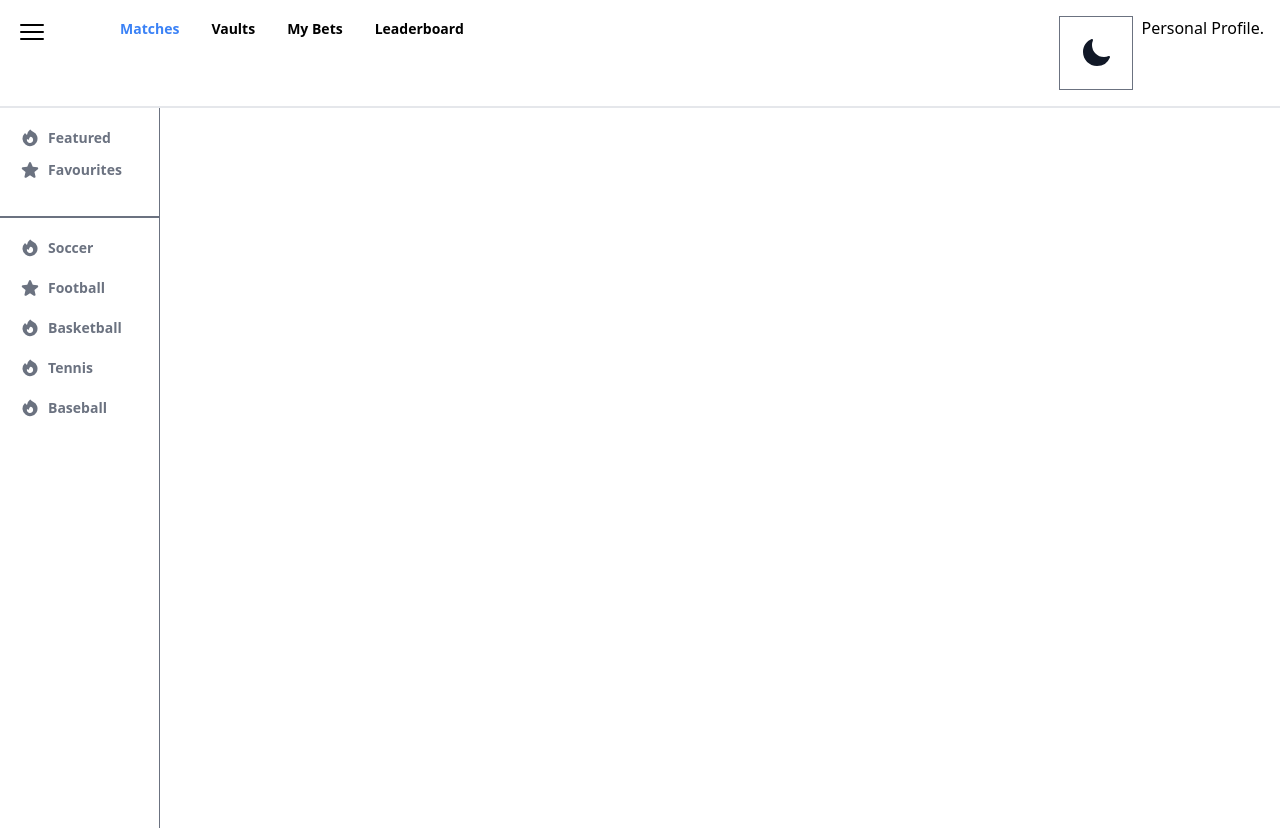
Repository: thekingisherenow/Betterbook
Page: /
These files come from the project's save history. The page is drawn as it stood at one moment and after the next save; the edit follows.
The browser window is 1280 px wide. The pictures show the whole page.
The project was rebuilt for these pictures with package versions that can differ from the ones it lists, and the page was loaded fresh each time. The framework's server and built-in components were replaced by stand-ins that run in the browser. Also part of the build but not shown: next.config.js.

Above is the page before, as saved 2023-01-17 00:43:15.

### src/pages/_app.tsx
import type { AppProps } from 'next/app'
import { Provider } from 'react-redux'
import store from '../core/store'
import '../core/styles/root.css'
import { ThemeProvider } from 'next-themes'

const App = (props: AppProps) => {
  const { Component, pageProps } = props
  return (
    <ThemeProvider enableSystem={true}  attribute="class">
    <Provider store={store}>
      <Component {...pageProps} />
    </Provider>
    </ThemeProvider>
  )
}

export default App

### src/pages/index.tsx
import type { NextPage } from 'next'
import { useEffect, useState } from 'react'
import API from '../core/services'
import { Game } from '../types/game'
import Sidebar from '../components/Typography/Sidebar'
import Header from '../components/Typography/Header'

const IndexPage: NextPage = () => {
  const [games, setGames] = useState<Game[]>([])

  useEffect(() => {
    API.games.fetchGames().then(setGames)
  }, [])

  return <div>
        <main className=''>

          {/* Header  */}
          <Header />
            {/* Sidebar */}
            <Sidebar/>
            {/* Center  */}

        </main>
  </div>
}

export default IndexPage

### src/core/store/index.ts
import { configureStore } from '@reduxjs/toolkit'
import { counterReducer } from './slices/counterSlice'

const store = configureStore({
  reducer: {
    counter: counterReducer,
  },
})

export default store

### src/core/services/index.ts
import * as gamesServices from './games'

const API = {
  games: gamesServices,
}

export default API

### src/components/Typography/Sidebar.tsx
import React from 'react'
import { FireIcon, StarIcon } from '@heroicons/react/24/solid'

function Sidebar() {
    return (
        <div className='text-gray-500 text-sm border-r h-screen w-40 border-gray-500'>
            <div>
                <div className='flex flex-col  p-5 space-y-3 font-semibold mb-4'>
                    <button className='flex items-center space-x-2 hover:text-blue-600'>
                        <FireIcon className='w-5 h-5' />
                        <p>Featured</p>
                    </button>
                    <button className='flex items-center space-x-2 hover:text-blue-600'>
                        <StarIcon className='w-5 h-5' />
                        <p>Favourites</p>
                    </button>
                </div>
                    <hr className='border-t-2 border-gray-500' />

                <div className='flex flex-col space-y-5  p-5 font-semibold mb-4'>
                    <button className='flex items-center space-x-2 hover:text-blue-600'>
                        <FireIcon className='w-5 h-5' />
                        <p>Soccer</p>
                    </button>
                    <button className='flex items-center space-x-2 hover:text-blue-600'>
                        <StarIcon className='w-5 h-5' />
                        <p>Football</p>
                    </button>
                    <button className='flex items-center space-x-2 hover:text-blue-600'>
                        <FireIcon className='w-5 h-5' />
                        <p>Basketball</p>
                    </button>
                    <button className='flex items-center space-x-2 hover:text-blue-600'>
                        <FireIcon className='w-5 h-5' />
                        <p>Tennis</p>
                    </button>
                    <button className='flex items-center space-x-2 hover:text-blue-600'>
                        <FireIcon className='w-5 h-5' />
                        <p>Baseball</p>
                    </button>
                </div>
            </div>
        </div>
    )
}

export default Sidebar

### src/components/Typography/Header.tsx
import { Bars3Icon } from '@heroicons/react/24/solid'
import React from 'react'
import NavLinks from './NavLinks'
import DarkModeButton from './DarkModeButton'

function Header() {
  return (
    <header >
      <div className='p-4 flex text-center   border-b-2 '>

        <Bars3Icon className='h-8 w-8  cursor-pointer'/>
        <div className='ml-10'>

          {/* Nav Links */}
          <div className='ml-4 items-center'>

        <NavLinks  />
          </div>

        </div>
        <div className='flex space-x-2 justify-end ml-auto '>
          {/* DARK MODE BUTTON  */}
          <div className='border border-gray-500 p-5'>
          <DarkModeButton   />
          </div>
            <div>
             Personal Profile.
              </div>
        </div>
      </div>
    </header>
  )
}

export default Header

### src/core/store/slices/counterSlice.ts
import { createSlice } from '@reduxjs/toolkit'

export const counterSlice = createSlice({
  name: 'counter',
  initialState: {
    count: 0,
  },
  reducers: {
    setCount(state, { payload }) {
      state.count = payload
    },
  },
})

export const counterReducer = counterSlice.reducer

### src/core/services/games.ts
import { Game } from '../../types/game'

export const fetchGames = (): Promise<Game[]> => {
  return Promise.resolve([
    {
      id: '1',
      name: 'Spain vs Argentina',
    },
  ])
}

### src/components/Typography/NavLinks.tsx
import React, { useEffect } from 'react'
import { categories } from './constants'
import NavLink from './NavLink'
import { useRouter } from 'next/router'

function NavLinks() {
  const router = useRouter();

  //const isActive is true if the pathname in the url matches the  navlink's path.
  const isActive = (path:string)=>{
    return router.pathname===path
  }

  return (
    <nav>
      {categories.map((category)=>(
        <NavLink key={category.label} category={category.label} path={category.path} isActive={isActive(category.path)} />
      ))}
    </nav>
  )
}

export default NavLinks

### src/components/Typography/DarkModeButton.tsx
import React, { useEffect, useState } from 'react'
import { useTheme } from 'next-themes'
import { MoonIcon, SunIcon } from '@heroicons/react/24/solid'

function DarkModeButton() {
    const [mounted, setMounted] = useState(false)
    const {systemTheme,theme,setTheme} = useTheme()
    useEffect(() => {
        setMounted(true)
      }, [])

      if (!mounted) {
        return null
      }

    const currentTheme = theme==="system"? systemTheme : theme;

  return (
    <div>
    {currentTheme==='dark'?
        <SunIcon
        onClick={()=>setTheme("light")}
        className='h-8 w-8 cursor-pointer text-yellow-500'
         />
        :
        <MoonIcon
        onClick={()=>setTheme("dark")}
        className='h-8 w-8 cursor-pointer text-gray-900'
        />

}
    </div>
  )
}

export default DarkModeButton

### src/components/Typography/constants.ts
import { Category } from "../../types/category"

export const categories : Category[] =[
    {label:"Matches",path:"/"},
    {label:"Vaults",path:"/vaults"},
    {label:"My Bets",path:"/mybets"},
    {label:"Leaderboard",path:"/leaderboard"},
]

### src/components/Typography/NavLink.tsx
import Link from 'next/link';
import React from 'react'


type Props = {
    category: string;
    path:string;
    isActive: boolean;

}

function NavLink({category,path,isActive}:Props) {
  return (
    <Link href={`${path}`}
        className={`cursor-pointer p-4 text-sm  font-semibold
         ${isActive && 'text-blue-500 hover:text-blue-600 font-bold '}`}
    >
      {category}
    </Link>
  )
}

export default NavLink

### tailwind.config.js
/** @type {import('tailwindcss').Config} */
module.exports = {
  content: [
    './src/pages/**/*.{js,ts,jsx,tsx}',
    './src/components/**/*.{js,ts,jsx,tsx}',
    './src/modules/**/*.{js,ts,jsx,tsx}',
  ],
  darkMode: 'class',
  theme: {
    extend: {},
  },
  plugins: [],
}

Loaded but not shown: src/core/styles/root.css (common file)

After the next save:
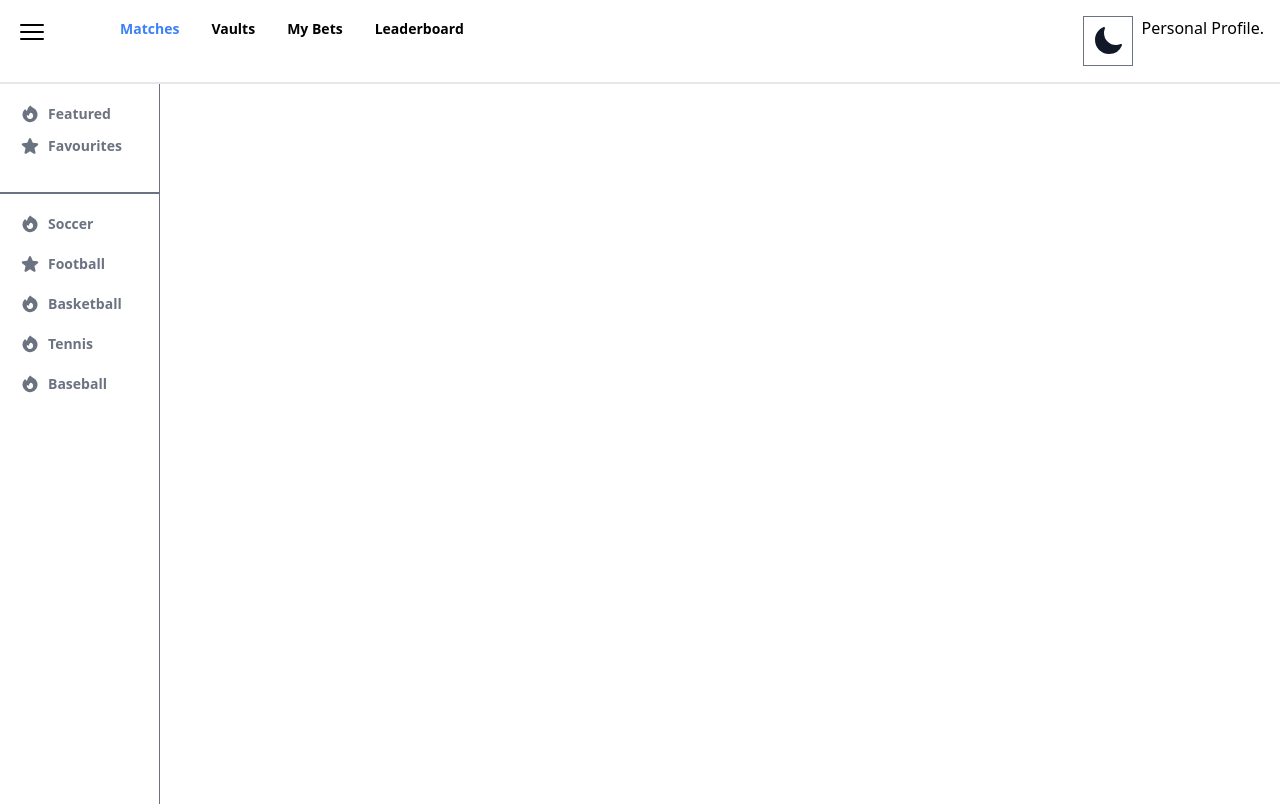
Saved 9 s later.
--- a/src/components/Typography/Header.tsx
+++ b/src/components/Typography/Header.tsx
@@ -20,7 +20,7 @@ function Header() {
         </div>
         <div className='flex space-x-2 justify-end ml-auto '>
           {/* DARK MODE BUTTON  */}
-          <div className='border border-gray-500 p-5'>
+          <div className='border border-gray-500 p-2'>
           <DarkModeButton   />
           </div>
             <div>
